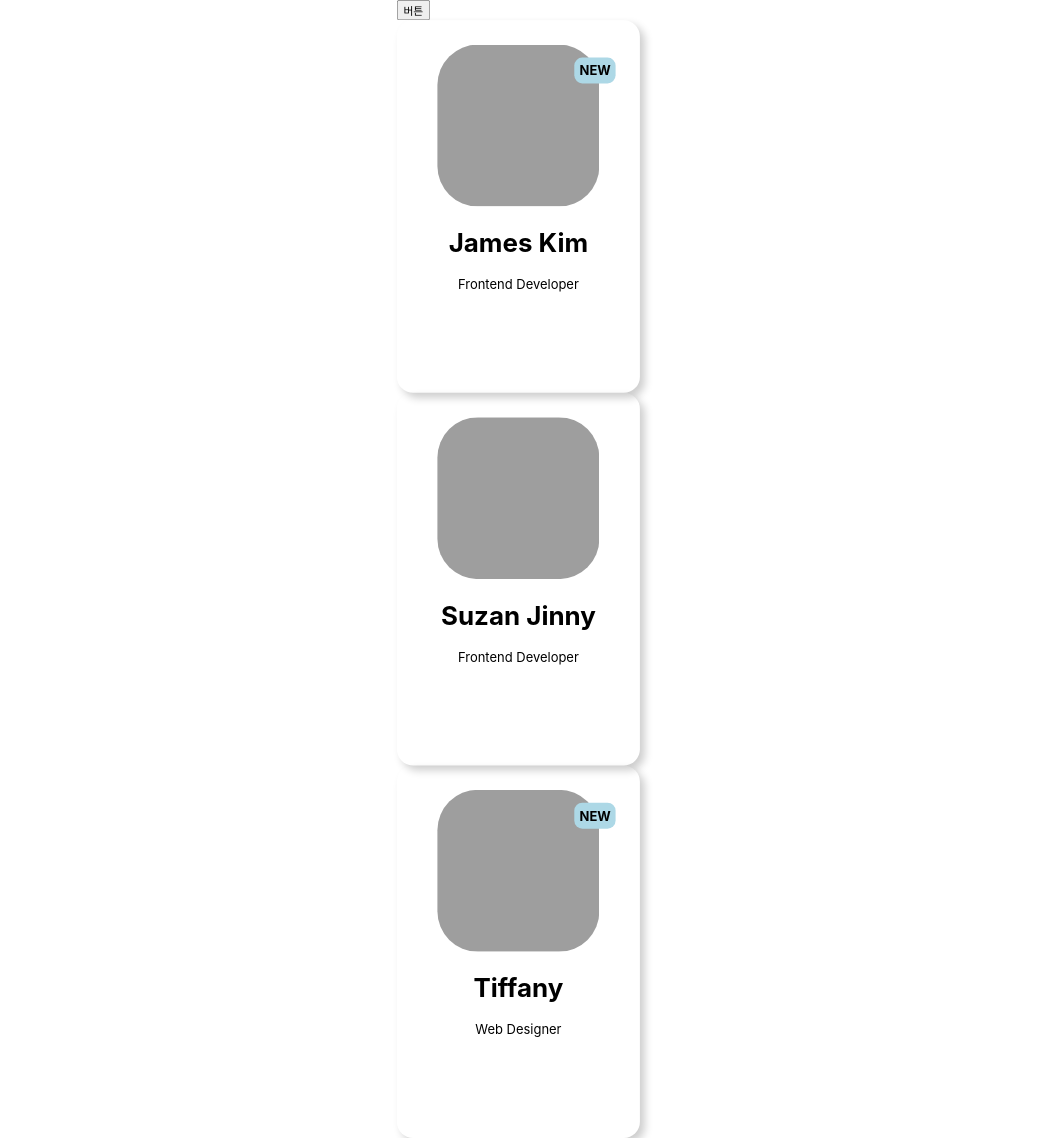
Repository: dnjfht/css-example
Page: /
The author's editor kept a copy of each file at every save. The page is drawn from the files as they stood at one save, then again after the next save.
The browser window is 1280 px wide. The pictures show the whole page, at 81% of full size.
Pictures or frames that could not be fetched are drawn as grey boxes. The project was rebuilt for these pictures with package versions that can differ from the ones it lists, and the page was loaded fresh each time. Also part of the build but not shown: src/App.css.

Above is the page before, as saved 2023-05-09 17:03:28.

### src/App.js
import "./App.css";
import Profile from "./components/Profile";

function App() {
  return (
    <div
      style={{
        width: 300,
        margin: "0 auto",
      }}
    >
      <button>버튼</button>
      <Profile
        image="https://images.unsplash.com/photo-1618641986557-1ecd230959aa?ixlib=rb-4.0.3&ixid=MnwxMjA3fDB8MHxwaG90by1wYWdlfHx8fGVufDB8fHx8&auto=format&fit=crop&w=687&q=80"
        name="James Kim"
        job="Frontend Developer"
        isNew={true}
      />
      <Profile
        image="https://images.unsplash.com/photo-1535418193292-403b64871181?ixlib=rb-4.0.3&ixid=MnwxMjA3fDB8MHxwaG90by1wYWdlfHx8fGVufDB8fHx8&auto=format&fit=crop&w=685&q=80"
        name="Suzan Jinny"
        job="Frontend Developer"
        isNew={false}
      />
      <Profile
        image="https://images.unsplash.com/photo-1508285296015-c0b524447532?ixlib=rb-4.0.3&ixid=MnwxMjA3fDB8MHxwaG90by1wYWdlfHx8fGVufDB8fHx8&auto=format&fit=crop&w=701&q=80"
        name="Tiffany"
        job="Web Designer"
        isNew={true}
      />
    </div>
  );
}

export default App;

### src/components/Profile.jsx
import React from "react";
import ProfileImgWrap from "./ProfileImgWrap";

export default function Profile({ image, name, job, isNew }) {
  return (
    <div
      style={{
        width: 240,
        height: 400,
        padding: "30px",
        textAlign: "center",
        borderRadius: 20,
        boxShadow: "6px 6px 10px rgba(0,0,0,0.2)",
      }}
    >
      <ProfileImgWrap image={image} isNew={isNew} />
      <h1>{name}</h1>
      <p>{job}</p>
    </div>
  );
}

### src/components/ProfileImgWrap.js
import React from "react";

export default function ProfileImgWrap({ isNew, image }) {
  return (
    <div style={{ position: "relative" }}>
      {isNew ? (
        <>
          <img
            style={{
              width: 200,
              height: 200,
              objectFit: "cover",
              borderRadius: 50,
            }}
            src={image}
            alt="profileImg"
          />
          <h3
            style={{
              padding: 6,
              backgroundColor: "lightblue",
              borderRadius: 10,
              textAlign: "center",
              position: "absolute",
              top: 0,
              right: 0,
              fontSize: 16,
            }}
          >
            NEW
          </h3>
        </>
      ) : (
        <>
          <img
            style={{
              width: 200,
              height: 200,
              objectFit: "cover",
              borderRadius: 50,
            }}
            src={image}
            alt="profileImg"
          />
        </>
      )}
    </div>
  );
}

Loaded but not shown: public/index.html (common file); src/index.js (common file); src/index.css (common file); src/reportWebVitals.js (common file)

After the next save:
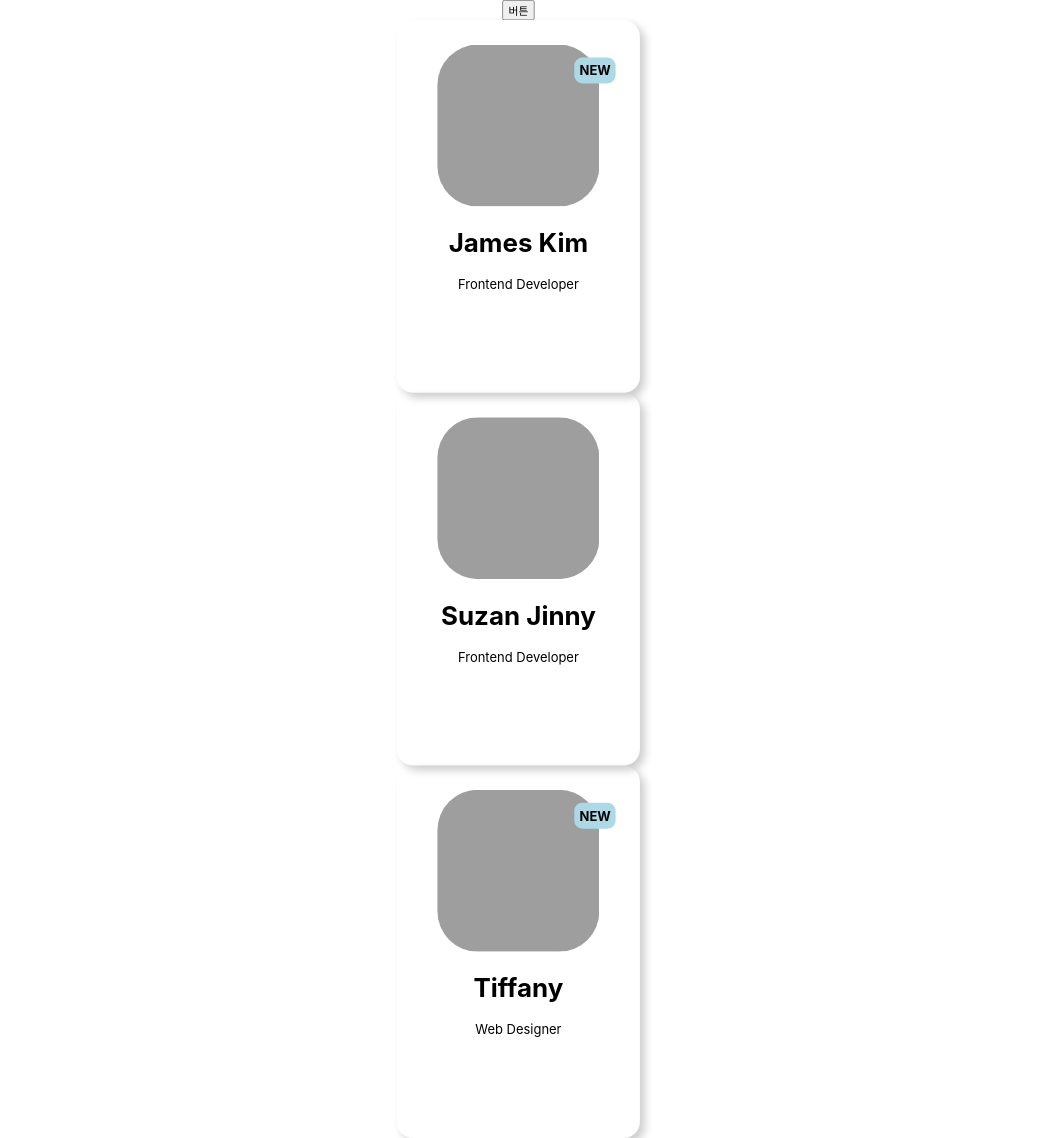
Saved 28 s later.
--- a/src/App.js
+++ b/src/App.js
@@ -7,6 +7,7 @@ function App() {
       style={{
         width: 300,
         margin: "0 auto",
+        textAlign: "center",
       }}
     >
       <button>버튼</button>
